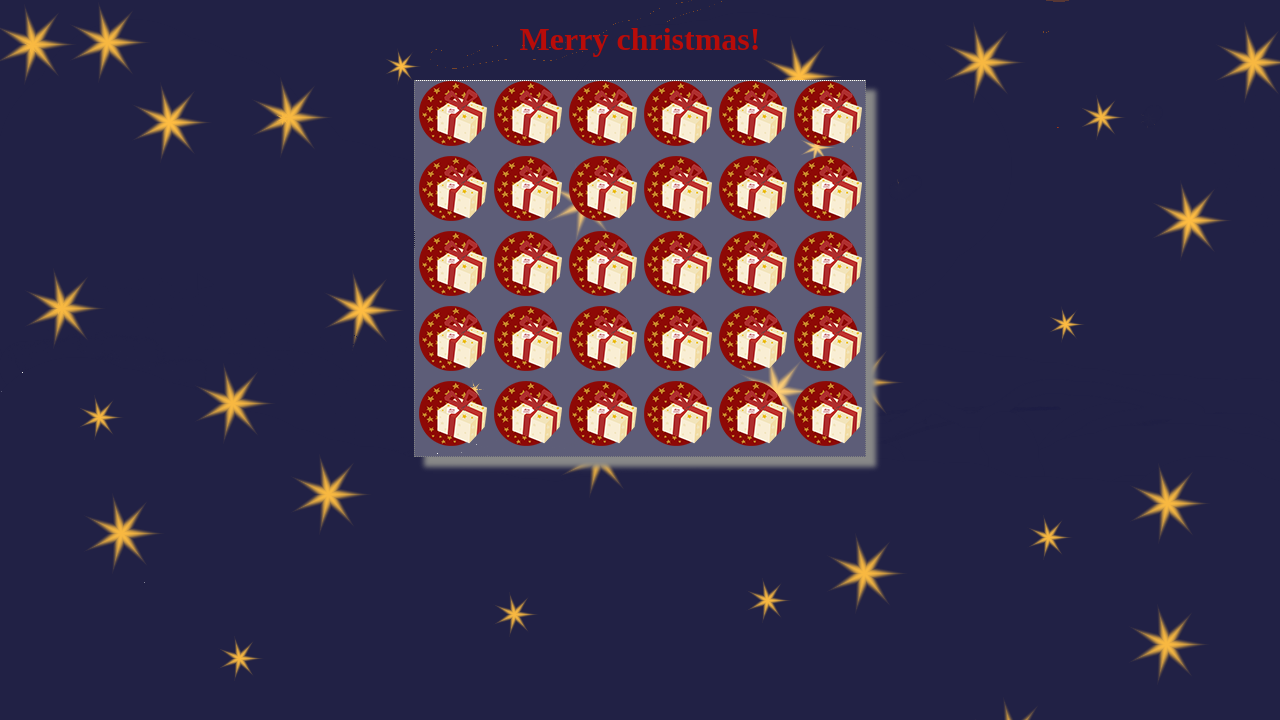
Repository: Angamanga/1dv403-laborationer
Page: 3-gameon/memory/index.html
The author's editor kept a record of every edit. The page is drawn from the files as they stood at one moment, then again after the next edit.
The browser window is 1280 px wide. The pictures show the whole page.
Some web fonts or font styles are not loaded; a fallback is used.

Above is the page before.

### 3-gameon/memory/index.html
<!doctype html>
<html lang="sv">

<head>
    <meta charset="utf-8" />
    <title>Game On!</title>
    <link href='//fonts.googleapis.com/css?family=Mountains+of+Christmas' rel='stylesheet' type='text/css'>
    <link rel="stylesheet" media="screen and (min-width:501px)" href="css/style.css">
    <link rel="stylesheet" media="screen and (max-width:500px)" href="css/mobile.css">
    <meta name="viewport" content="width=device-width, minimum-scale=1">



</head>

<body>
    <main>
        <h1>Merry christmas!</h1>

            <div id="game1"></div>
            <!--<div id="game2"></div>-->


    </main>
     <script src="js/random.js"></script>
     <script src="js/brick.js"></script>
    <script src="js/memory.js"></script>
    <script src="js/script.js"></script>
</body>
</html>

### 3-gameon/memory/css/style.css
/*@media screen and (min-width: 501px)*/
body{
    font-family: 'Mountains of Christmas', cursive;
    background:url(christmassy.png);
    background-color:#E6C79C;
    color:#B80C09;
}

main{
    max-width:960px;

    margin:auto;
    text-align:center;
}
#game1{
    background:url(christmassy-blur.png);
    overflow:hidden;
    background:
    margin:20px;
    margin:0 auto;
    border: 1px dotted grey;
   box-shadow: 10px 10px 5px #888888;

}

#game2{

    margin:0 auto;
    border: 1px dotted grey;
}
#game1 > div, #game2>div{
    float:left;
    width:75px;
    height:75px
}

/*#game1, #game2 > div{*/
/*    background: url(/pics/back.jpg) no-repeat;*/
/*}*/

### 3-gameon/memory/js/random.js

var RandomGenerator = {

	/*
		Denna metod tar antalet rader och columner som inparameter.

		Metoden returnerar en array inneh�llandes utslumpade tal mellan 1 och (rows*cols)/2. Varje tal representeras tv�
		g�nger och motsvarar s�ledes en spelbricka.

		I en 4*4 matris kan Arrayen t.ex. se ut s� h�r:
		[1,2,6,8,6,2,5,3,1,3,7,5,8,4,4,7]

		I en 2*4 matris kan Arrayen t.ex. se ut s� h�r:
		[3,4,4,1,2,1,2,3]
	*/

	getPictureArray: function(rows, cols)
	{
		var numberOfImages = rows*cols;
		var maxImageNumber = numberOfImages/2;

	   	var imgPlace = [];

	   //Utplacering av bilder i Array
	   for(var i=0; i<numberOfImages; i++)
		  imgPlace[i] = 0;

		for(var currentImageNumber=1; currentImageNumber<=maxImageNumber; currentImageNumber++)
		{
			var imageOneOK = false;
			var imageTwoOK = false;

			do
			{
				if(imageOneOK == false)
				{
					var randomOne = Math.floor( (Math.random() * (rows*cols-0) + 0) );

					if( imgPlace[randomOne] == 0 )
					{
						imgPlace[randomOne] = currentImageNumber;
						imageOneOK = true;
					}
				}

				if(imageTwoOK == false)
				{
					var randomTwo = Math.floor( (Math.random() * (rows*cols-0) + 0) );

					if( imgPlace[randomTwo] == 0 )
					{
						imgPlace[randomTwo] = currentImageNumber;
						imageTwoOK = true;
					}
				}
			}
			while(imageOneOK == false || imageTwoOK == false);
		}

		return imgPlace;
	}
}

### 3-gameon/memory/js/brick.js
"use strict";
function Brick(id){

	this.getBrickID = function(){
		return id;
	};
	this.getBrickSrc= function(){
		return "pics/" + id +".png";
	}


	}

### 3-gameon/memory/js/memory.js
"use strict";

var Memory = function(rows, cols, gameID) {
    this.rows = rows; // antal rader
    this.cols = cols; // antal kolumner
    this.gameID = gameID; //hanvisning till div id
    this.order = RandomGenerator.getPictureArray(rows, cols); //array med slumpade nummer
    this.bricks = []; //array med brickor som ska anvandas
    this.flippedBricks = [];
    this.counter = 0;
    this.nbCorrectGuesses = 0;
    this.classID;
    this.nbGuesses = 0;

};

Memory.prototype.flipBrick = function(n, backImage) {
        if (this.counter === 0) {
            this.flippedBricks.push(this.bricks[n].getBrickID());
            this.classID = n;

            return this.bricks[n].getBrickSrc();
        }
        else if (this.counter === 1) {
            this.flippedBricks.push(this.bricks[n].getBrickID());
            return this.bricks[n].getBrickSrc();
        }
    }
    //         else if(this.counter===1){
    //             backImage.src = this.bricks[n].getBrickSrc();
    //             this.brick2=this.bricks[n].getBrickID();
    //           var brick1=document.getElementsByClassName(this.classID);
    //         //     if(this.brick1.getBrickID()===this.brick2.getBrickID()){
    //         //     this.nbCorrectGuesses+2;
    //         //     if(this.nbCorrectGuesses===this.bricks.length){
    //         //     alert("Du klarade det pa " +this.nbCorrectGuesses/2+" gissningar!");
    //         //  }
    //         // else{
    //      setTimeout(function() {
    //         backImage.src = "pics/back.png";
    //         brick1.backImage.src="pics/back.png";
    //      }, 700);
    //      this.counter=0;

//     //     }
//     //   };

//             }
//         }.bind(this);


//   };

Memory.prototype.addBricks = function(n) {
    var memBoard = document.getElementById(this.gameID);
    memBoard.style.width=(this.cols*75+"px");
    memBoard.style.height=(this.rows*75+"px");
    var a = document.createElement("a");
    var backImage = document.createElement("img");
    var div = document.createElement("div");
    a.setAttribute("href", "#");
    backImage.setAttribute("class", n);
    backImage.src = "pics/back.png";
    memBoard.appendChild(div);
    div.appendChild(a);
    a.appendChild(backImage);

    a.onclick = function(e) {
        console.log(this.nbCorrectGuesses);
        if (this.counter === 0) {
            backImage.src = this.flipBrick(n);
            this.counter = 1;
            this.nbGuesses += 1;
            }
        else if (this.counter === 1) {
            backImage.src = this.flipBrick(n);
            if (this.flippedBricks[0] === this.flippedBricks[1]) {
                this.nbCorrectGuesses += 2;
                    if (this.nbCorrectGuesses === this.bricks.length) {
                        alert("You won the game! You needed " + this.nbGuesses + " to finish the game!");
                    }
            }
            else {
                    setTimeout(function() {
                        backImage.src = "pics/back.png";
                        var firstBrick = memBoard.getElementsByClassName(this.classID)[0];
                     firstBrick.src="pics/back.png";
                        }.bind(this), 700);
                    }
                this.flippedBricks=[];
                this.counter=0;
                }

    }.bind(this);

};

Memory.prototype.start = function() {
    //skapar brickor med slumpade id:n och lagger dom i arrayen bricks.
    for (var i = 0; i < this.order.length; i++) {
        this.bricks[i] = new Brick(this.order[i]);
    }
    //lagger ut brickorna pa sidan
    for (var j = 0; j < this.bricks.length; j++) {
        this.addBricks(j);
    }
};

### 3-gameon/memory/js/script.js
"use strickt";
var MemoryApp = {
   init: function(){
      var mem1 = new Memory(5,6,"game1");
      //var mem2 = new Memory(4,3,"game2");
      mem1.start();
      //mem2.start();
   }
};

window.onload=MemoryApp.init();

### 3-gameon/memory/css/mobile.css
/*@media screen and (max-width: 500px)*/
body{
    font-family: 'Mountains of Christmas', cursive;
    background-color:#E6C79C;
    color:#143109;
}
main{
    max-width:90%;
    background-color:#B80C09;
    margin:auto;
    text-align:center;
}

After the next edit:
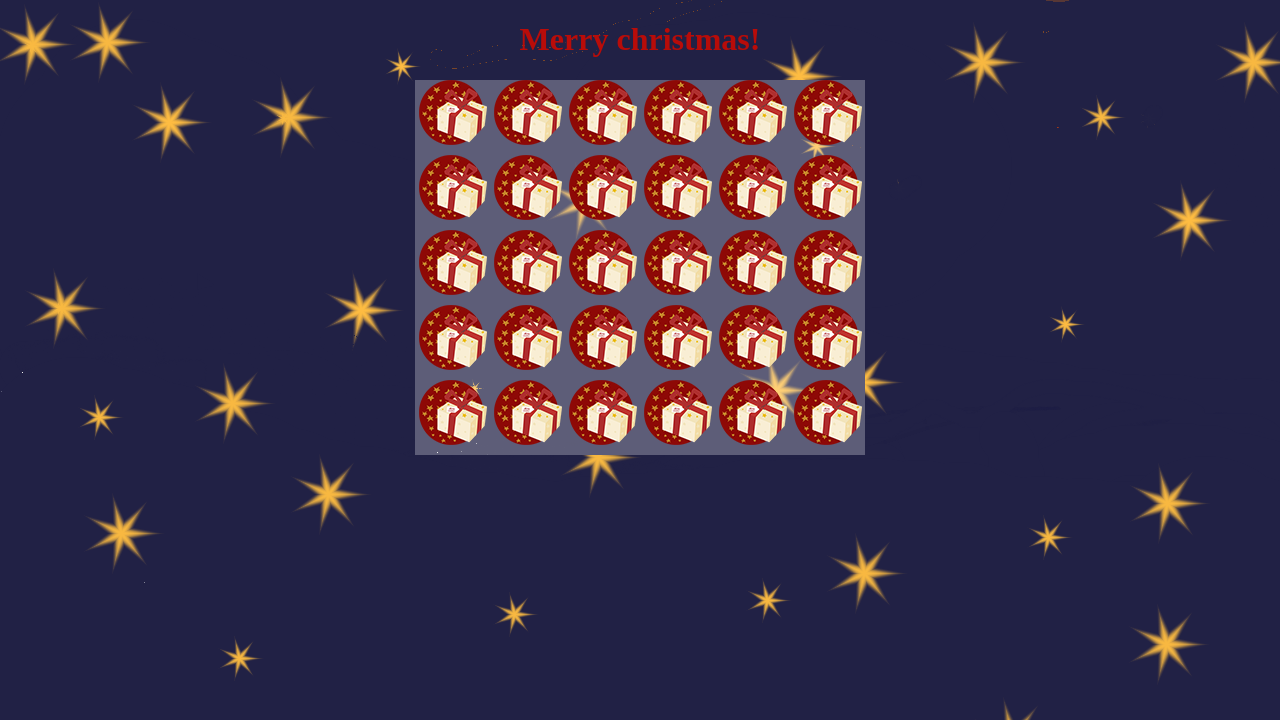
The edit:
--- a/3-gameon/memory/css/style.css
+++ b/3-gameon/memory/css/style.css
@@ -18,8 +18,7 @@
     background:
     margin:20px;
     margin:0 auto;
-    border: 1px dotted grey;
-   box-shadow: 10px 10px 5px #888888;
+
 
 }
 
